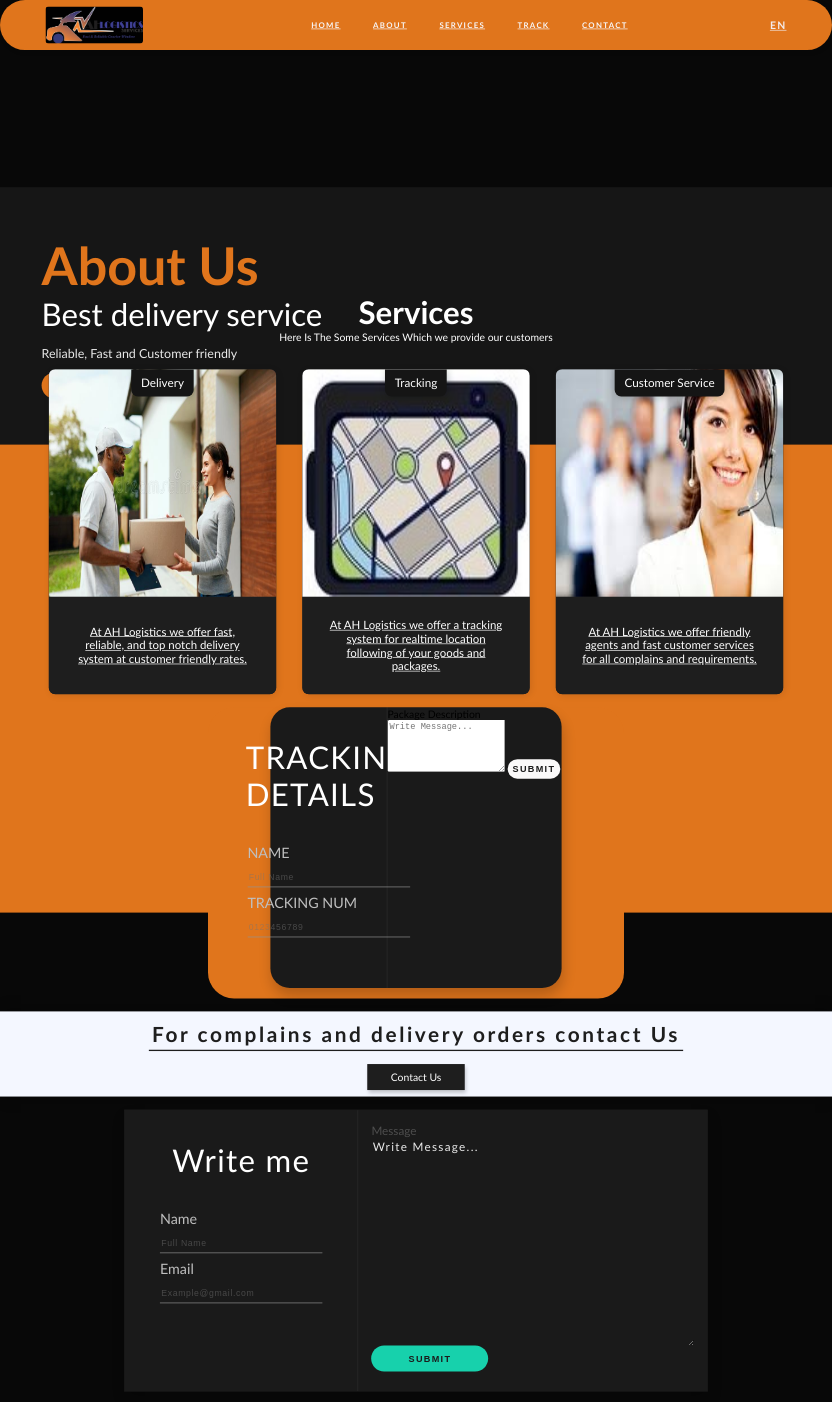
Repository: TheSecretlifeOfX/Ah-Logistics
Page: index.html
The author's editor kept a copy of each file at every save. The page is drawn from the files as they stood at one save, then again after the next save.
The browser window is 1280 px wide. The pictures show the whole page, at 65% of full size.

Above is the page before, as saved 2022-03-02 15:59:23.

### index.html
<html>
<head>
<meta charset="utf-8">
<meta http-equiv="X-UA-Compatible" content="IE-edge">
<meta name="viewport" content="width=device-width, intial-scale=1.0">
<title>Logistics Website</title>
<link rel="stylesheet" href="./css/home.css">
</head>
<body>
<section id="main">
	<nav>
	<a href="#" class="logo"><img src="images/logo.jpg"></a>
	<div class="toggle"></div>
	<ul class="menu">
	<li class="active"><a href="#main" >Home</a></li>
	<li><a href="#about">About</a></li>
	<li><a href="#services">Services</a></li>
	<li><a href="#Tracking-Form">Track</a></li>
    <li><a href="#contact-form">Contact</a></li>
	</ul>
	<a href="#" class="lang">En</a>
	</nav>
    </section>
</div>
<section id="about">
	<div class="about-text">
	<h1>About Us</h1>
	<h2>Best delivery service</h2>
	<p>Reliable, Fast and Customer friendly</p>
	<button>View More Details</button>
	</div>
</section>
<section id="services">
<div class="s-heading">
<h1>Services</h1>
<p>Here Is The Some Services Which we provide our customers</p>
</div>
<div class="b-container">
<div class="s-box">
<div class="s-b-img">
    <div class="s-type">Delivery</div>
    <img src="images/delivery.jpg">
</div>
<div class="s-b-text">
<a href="#">At AH Logistics we offer fast, reliable, and top notch delivery system at customer friendly rates.</a>
</div>
</div>
<div class="s-box">
<div class="s-b-img">
    <div class="s-type">Tracking</div>
    <img src="images/track.jpg">
</div>
<div class="s-b-text">
<a href="#">At AH Logistics we offer a tracking system for realtime location following of your goods and packages.</a>
</div>
</div>
<div class="s-box">
<div class="s-b-img">
    <div class="s-type">Customer Service</div>
    <img src="images/customer.jpg">
</div>
<div class="s-b-text">
<a href="#">At AH Logistics we offer friendly agents and fast customer services for all complains and requirements.</a>
</div>
</div>
</div>
</div>
<section id="Tracking-Form">
	<form>
	<!--left--------------------------------------->
	<div class="Track-left">
	<h1 class="c-l-heading">Tracking Details</h1>
	<div class="f-name">
	<font >Name</font>
	<input type="text" placeholder="Full Name"/>
	</div>
	<div class="f-num">
	<font >Tracking Num</font>
	<input type="Number" placeholder="0123456789"/>
	</div>
	</div>
	<div class="Track-right">

	<div class="Description">
	<font >Package Description</font>
	<textarea name="message" rows="5" cols="20" placeholder="Write Message..."></textarea>
	<button>Submit</button>
	</div>
	</form>
	</section>
<section id="contact-btn">
	<h1 class="c-b-heading">For complains and delivery orders contact Us</h1>
		<button >Contact Us</button>
	</section>
<!--contact-form------------------->
<section id="contact-form">
<form>
<!--left--------------------------------------->
<div class="contact-left">
<h1 class="c-l-heading">Write me</h1>
<div class="f-name">
<font >Name</font>
<input type="text" placeholder="Full Name"/>
</div>
<div class="f-email">
<font >Email</font>
<input type="email" placeholder="Example@gmail.com"/>
</div>
</div>
<div class="contact-right">

<div class="message">
<font >Message</font>
<textarea name="message" rows="5" cols="20" placeholder="Write Message..."></textarea>
<button>Submit</button>
</div>
</form>
</section>
</section>
</body>
</html>

### css/home.css
body{
	margin:0px;
	padding:0px;
	background-color: #080808;
	background-size: 100%;
	min-height: 100vh;
	}
	#main{
		width:100%;
		height: 40vh;
		}
		nav{
			display:flex;
			justify-content: space-between;
			align-items: center;
			text-transform: uppercase;
			font-weight: 600;
			letter-spacing: 2px;
			font-family: calibri;
			top: 0;
			left: 10px;
			width:100%;
			box-sizing: border-box;
			padding: 5px 70px;
			background-color:#e0751c;
			box-shadow:2px 2px 12px rgba(0,0,0,0.05);
			z-index: 1;
			border-radius: 50px;
			}
			.menu{
			display: flex;

			}
			.menu li a{
			padding: 10px 25px;
			color:#f8f8fa;
			font-size: 12px;
			display:inline-block;
			}
			li{display:inline-block}
			.lang{
			color:#f3ecec;
			}
			.logo > img {
				width: 100%;
				height: 100%;
				max-width: 150px;
				display: flex;
				justify-content: center;
				align-items: center;
				text-align: center;
				margin-left: 0px;
				border-radius: 5px;
				 }
			.toggle{
			display: none;
			}
			.menu li a:hover{
			background-color:#292929;
			color:#FFF!important;
			font-weight: bold;
			transition: all ease 0.4s;
			}
			.lang:hover{
				background-color:#292929;
			color:#FFF!important;
			font-weight: bold;
			transition: all ease 0.4s;
			}
			#about{
				width:100%;
				height: 55vh;
				background-color:#161616;
				box-sizing: border-box;
				display: flex;
				align-items: center;
				justify-content: space-between;
				padding: 0px 5% 0px 5%;
			}
			.about-text{
				font-family: calibri;
				width: 50%;
			}
			.about-text h1{
				font-size: 5rem;
				color:#e0751c;
			}
			.about-text h2{
				font-size: 3rem;
				color:#FFFFFF;
				font-weight: 400;
			}
			.about-text h1,h2{
				margin: 0px;
				padding: 0px;
			}
			.about-text p{
				font-size: 1.2rem;
				color:rgba(255,255,255,0.90);

			}
			.about-text button{
				width: 180px;
				height: 40px;
				border-radius: 20px;
				border: none;
				outline: none;
				background-color:#e0751c;
			}
			.about-text button:hover{
				background-color: #FFFFFF;
				transition: all ease 0.3s;
			}
			#services{
				width:100%;
			height:100vh;
			box-sizing: border-box;
			font-family: calibri;
			display: flex;
			flex-direction: column;
			align-items: center;
			justify-content: center;
			padding-top: 500px ;
			background-color:#e0751c;
		}

		.s-heading h1{
			color:#FFFFFF;
			font-size: 3rem;
			margin: 0px;
			padding: 0px;

		}
		.s-heading p{
			color:rgb(255, 255, 255);
			font-size: 1rem;
			margin: 0px;
			padding: 0px;
		}
		.s-heading{
			text-align: center;
			margin: 20px 0px;
		}
		.s-box{
			background-color: #2B2B2B;
			width:350px;
			height: 500px;
			margin: 20px;
			border-radius: 10px;
			overflow: hidden;
			box-shadow: 2px 2px 12px rgba(0,0,0,0.1);
			position: relative;
		}
		.b-container{
			display: flex;
			justify-content: center;
			align-content: center;


		}
		.s-b-img{
			width: 100%;
			height: 70%;

		}
		.s-b-img img{
			width:100%;
			height: 100%;

		}
		.s-b-text{
			width: 100%;
			height: 30%;
			background-color:#1E1E1E;
			display:flex;
			justify-content: center;
			align-items: center;
			text-align: center;
		}
		.s-b-text a{
			margin: 0px;
			color:#FFFFFF;
			font-size: 1.1rem;
			font-family: calibri;
			display: block;
			display: -webkit-box;
			max-width: 80%;
			-webkit-line-clamp: 4;
			-webkit-box-orient: vertical;
			overflow: hidden;
			text-overflow: ellipsis;
		}
		.s-b-text a:hover{
			color:rgba(255,255,255,0.50)
		}
		.s-type{
			font-family: calibri;
			color:#FFFFFF;
			background-color: #151515;
			padding: 10px 15px;
			position: absolute;
			top: 0px;
			left: 50%;
			transform: translateX(-50%);
			font-size: 18px;
			border-radius: 0px 0px 10px 10px;
			box-shadow: 2px 2px 12px rgba(0,0,0,0.2);
		}
		.s-box:hover{
			transform:translateY(-10px);
			transition: all ease 0.3s;

		}
		#Tracking-Form{
			width: 50%;
			height: 100vh;
			display: flex;
			justify-content: center;
			align-items: center;
			background-color:#e0751c;
			border-radius: 40px;
		}
		#Tracking-Form form{
			display: flex;
			width: 70%;
			height: 60vh;
			background-color: #1A1A1A;
			box-shadow: 2px 12px 20px rgba(0,0,0,0.2);
			border-radius: 30px
		}
		.Track-left{
			width: 40%;
			height: 100%;
			display: flex;
			flex-direction: column;
			align-items: center;
			text-transform: uppercase;
		}
		.Track-right{
			width: 60%;
			height: 100%;
			box-sizing: border-box;
			display: flex;
			flex-direction: column;
			justify-content: space-between;
			border-left: 1px solid rgba(255,255,255,0.08);
		}
		.Track-right button{
			width: 30%;
			height: 30px;
			background-color: #faf9f9;
			font-weight: bold;
			outline: none;
			border: none;
			margin: 0px;
			color:#1B1B1B;
			font-size: 14px;
			text-transform: uppercase;
			letter-spacing: 2px;
			border-radius: 40px;
		}
		.T-Heading{
			font-family: calibri;
			color:#fffefe;
			font-size: 2rem;
			letter-spacing: 2px;
			font-weight: 250;
			}
		.T-2-body{
			font-family: calibri;
			color:#FFFFFF;
			font-size: 1rem;
			letter-spacing: 2px;
			font-weight: 200;
		}
		.C-Name,.F-Num{
			display: flex;
			flex-direction: column;
			font-family: calibri;
		}
		.C-Name font,.F-Num font{
			color:#BFBFBF;
			font-size: 22px;
		}
		.C-Name input,.F-Num input{
			height: 30px;
			width:250px;
			border: none;
			outline: none;
			background-color:transparent;
			border-bottom: 1px solid #929292;
			color:#FFFFFF;
			margin: 10px 0px;
		}
		.F-Num input::placeholder,
		.C-Name input::placeholder{
			opacity: 0.5;
			letter-spacing: 1px;
		}
		.F-Num input:focus,
		.F-Num input:focus{
			border-bottom: 1px solid #0d0e0d;
			transition: all ease 0.5s;
		}.message font{
			font-size: 18px;
			color:#4E4E4E;
			font-family: calibri;

		}
		.message{
			margin: 20px;
		}
		#contact-btn{
			width: 100%;
			display: flex;
			flex-direction: column;
			justify-content:center;
			align-items: center;
			height: 200px;
			background-color: #F4F7FF;
			margin: 20px 0px;
			box-sizing: border-box;
			box-shadow:2px 0px 20px rgba(0,0,0,0.4);
		}
		.c-b-heading{
			font-size: 2rem;
			color:#1E1E1E;
			font-family: calibri;
			margin: 10px;
			padding: 5px;
			letter-spacing: 4px;
			border-bottom: 2px solid #1E1E1E;

		}
		#contact-btn button{
			color:#FFFFFF;
			font-size: 1rem;
			font-family: calibri;
			width:150px;
			height: 40px;
			margin: 10px;
			background-color: #1E1E1E;
			border: none;
			outline: none;
			box-shadow: 2px 5px 6px rgba(0,0,0,0.2);
		}
		#contact-btn button:hover{
			background-color: #17d1ac;
			color:#000000;
			transition: all ease 0.5s;
			font-weight: bold;
		}
		#contact-form{
			width: 100%;
			height: 90vh;
			display: flex;
			justify-content: center;
			align-items: center;

		}
		#contact-form form{
			display: flex;
			width: 70%;
			height: 60vh;
			background-color: #1A1A1A;
			box-shadow: 2px 12px 20px rgba(0,0,0,0.2);
			border: 1px solid rgba(255,255,255,0.01)
		}

		.contact-left{
			width: 40%;
			height: 100%;
			display: flex;
			flex-direction: column;
			align-items: center;
		}
		.contact-right{
			width: 60%;
			height: 100%;
			box-sizing: border-box;
			display: flex;
			flex-direction: column;
			justify-content: space-between;
			border-left: 1px solid rgba(255,255,255,0.08);
		}
		.contact-right button{
			width: 100%;
			height: 50px;
			background-color: #e0751c;
			font-weight: bold;
			outline: none;
			border: none;
			margin: 0px;
			color:#1B1B1B;
			font-size: 14px;
			text-transform: uppercase;
			letter-spacing: 2px;

		}
		.c-l-heading{
			font-family: calibri;
			color:#FFFFFF;
			font-size: 3rem;
			letter-spacing: 2px;
			font-weight: 400;

		}
		.f-name,.f-email{
			display: flex;
			flex-direction: column;
			font-family: calibri;

		}
		.f-name font,.f-email font{
			color:#BFBFBF;
			font-size: 22px;
		}
		.f-name input,.f-email input{
			height: 30px;
			width:250px;
			border: none;
			outline: none;
			background-color:transparent;
			border-bottom: 1px solid #929292;
			color:#FFFFFF;
			margin: 10px 0px;
		}
		.f-email input::placeholder,
		.f-name input::placeholder{
			opacity: 0.5;
			letter-spacing: 1px;
		}
		.f-email input:focus,
		.f-name input:focus{
			border-bottom: 1px solid #0d0e0d;
			transition: all ease 0.5s;
		}.message font{
			font-size: 18px;
			color:#4E4E4E;
			font-family: calibri;

		}
		.message{
			margin: 20px;
		}
		.contact-right textarea{
			width: 100% !important;
			height: 320px !important;
			border: none;
			outline: none;
			background-color:transparent;
			box-sizing: border-box;
			color:#EBEBEB;
			font-size: 16px;
		}
		.contact-right textarea::placeholder{
			color:#EBEBEB;
			font-size: 18px;
			letter-spacing: 2px;
			font-family: calibri;
		}
		.contact-right button:active{
			transform: scale(1.04);
			transition: all ease 0.1s;
		}
		.message button{
			width: 180px;
			height: 40px;
			border-radius: 20px;
			border: none;
			outline: none;
			background-color:#17d1ac;
		}
		  .message button:hover{
			background-color: #d8d8e4;
			transition: all ease 0.3s;
		  }

After the next save:
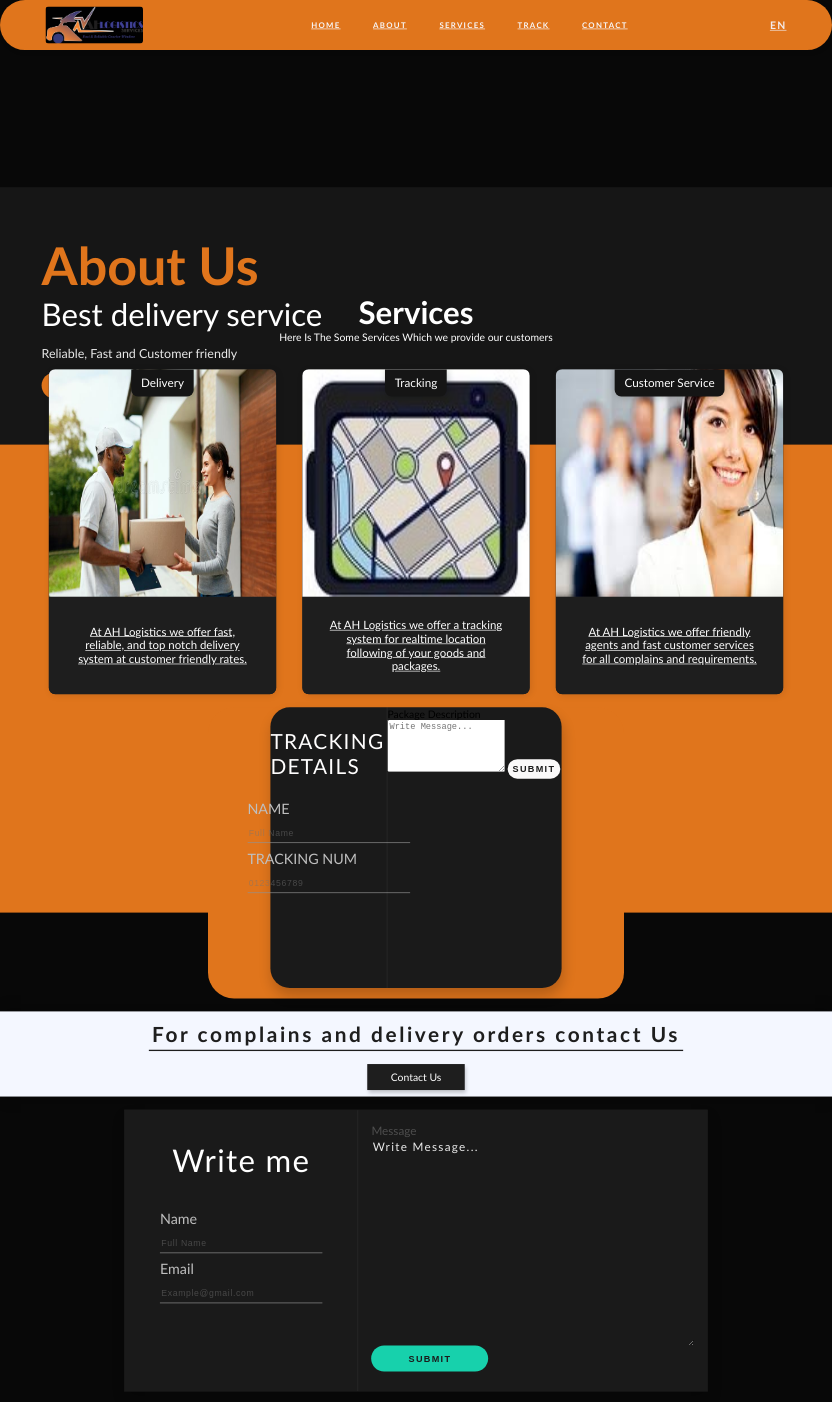
Saved 4 min 52 s later.
--- a/index.html
+++ b/index.html
@@ -69,7 +69,7 @@
 	<form>
 	<!--left--------------------------------------->
 	<div class="Track-left">
-	<h1 class="c-l-heading">Tracking Details</h1>
+	<h1 class="T-heading">Tracking Details</h1>
 	<div class="f-name">
 	<font >Name</font>
 	<input type="text" placeholder="Full Name"/>
